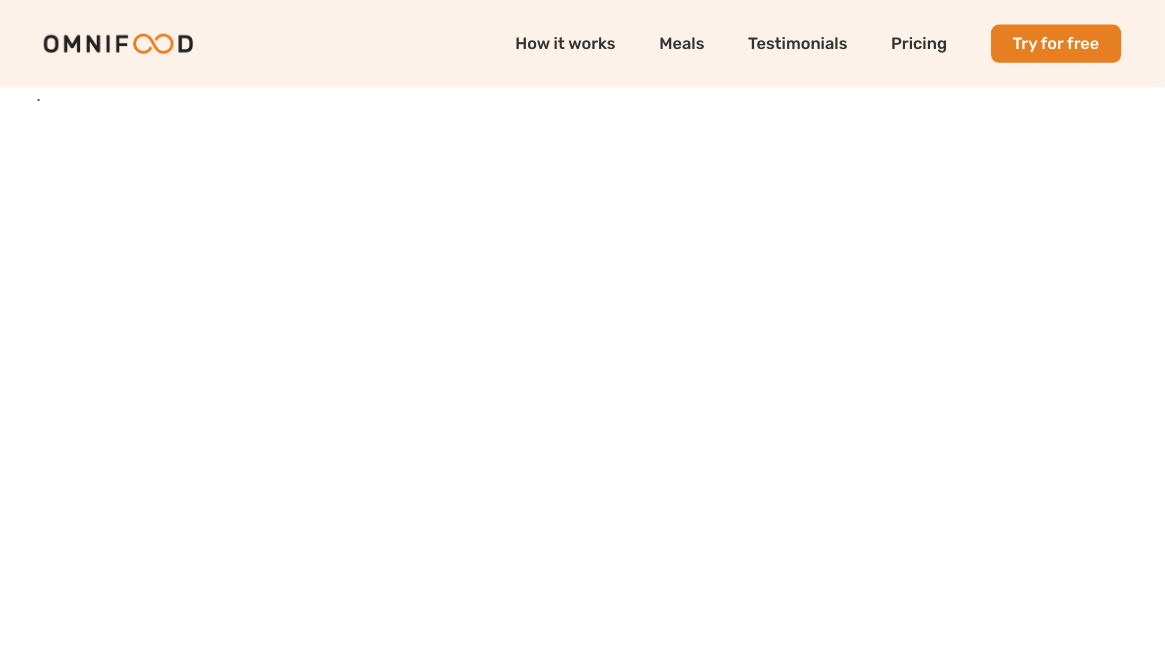
Repository: longvuht/omnifood-vu-nl
Page: index.html
The author's editor kept a copy of each file at every save. The page is drawn from the files as they stood at one save, then again after the next save.
The browser window is 1280 px wide. The pictures show the whole page, at 91% of full size.
The style sheet was rebuilt from its Sass, Less or Tailwind sources for each picture, by a compiler version that may differ from the author's.

Above is the page before, as saved 2022-09-18 17:28:43.

After the next save:
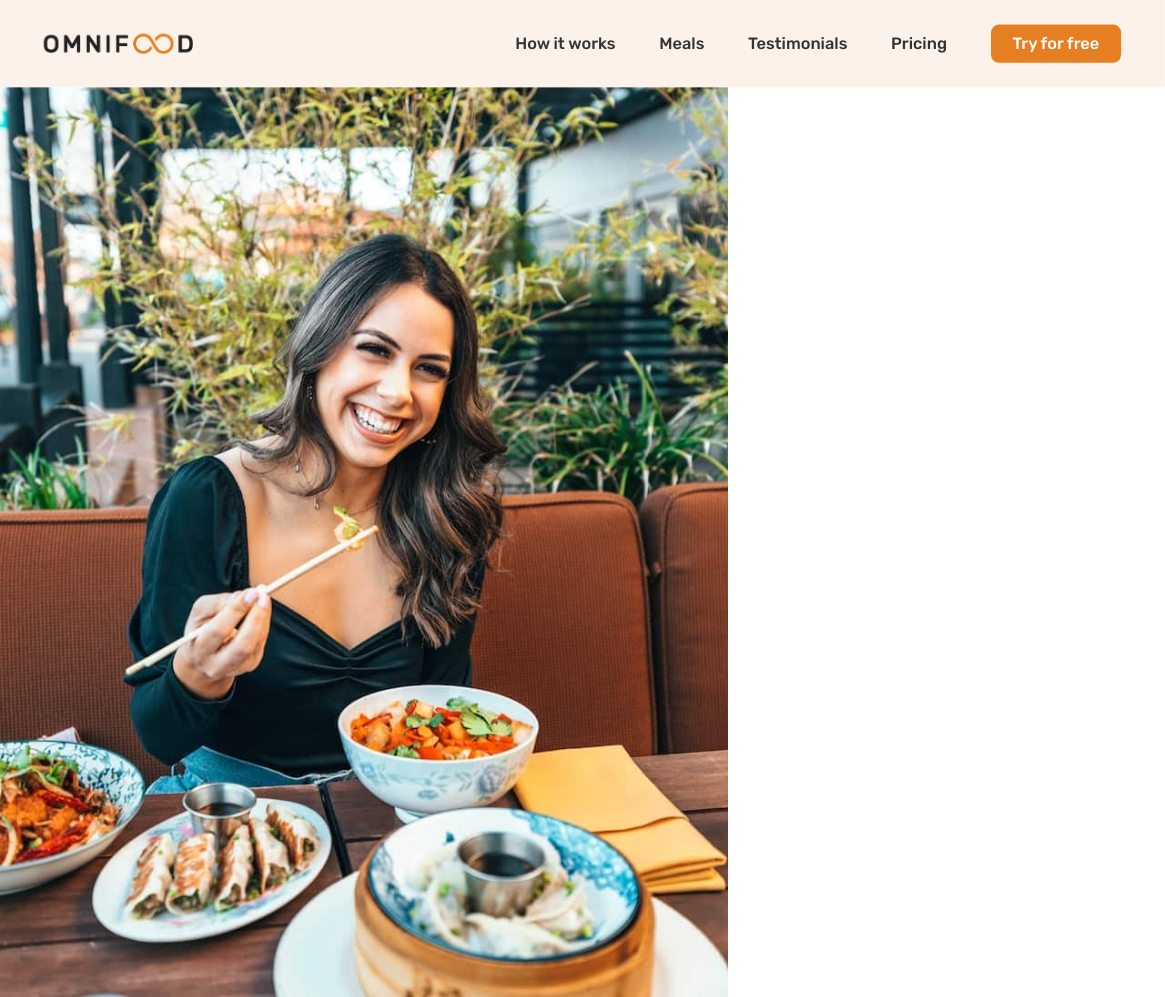
Saved 90 s later.
--- a/index.html
+++ b/index.html
@@ -46,7 +46,12 @@
         </div>
       </header>
       <section class="hero">
-        <div class="container">.</div>
+        <div class="hero__container">
+          <div class="hero__info"></div>
+          <div class="hero__image">
+            <img src="./image/eating.jpg" alt="eating image" />
+          </div>
+        </div>
       </section>
     </div>
   </body>
